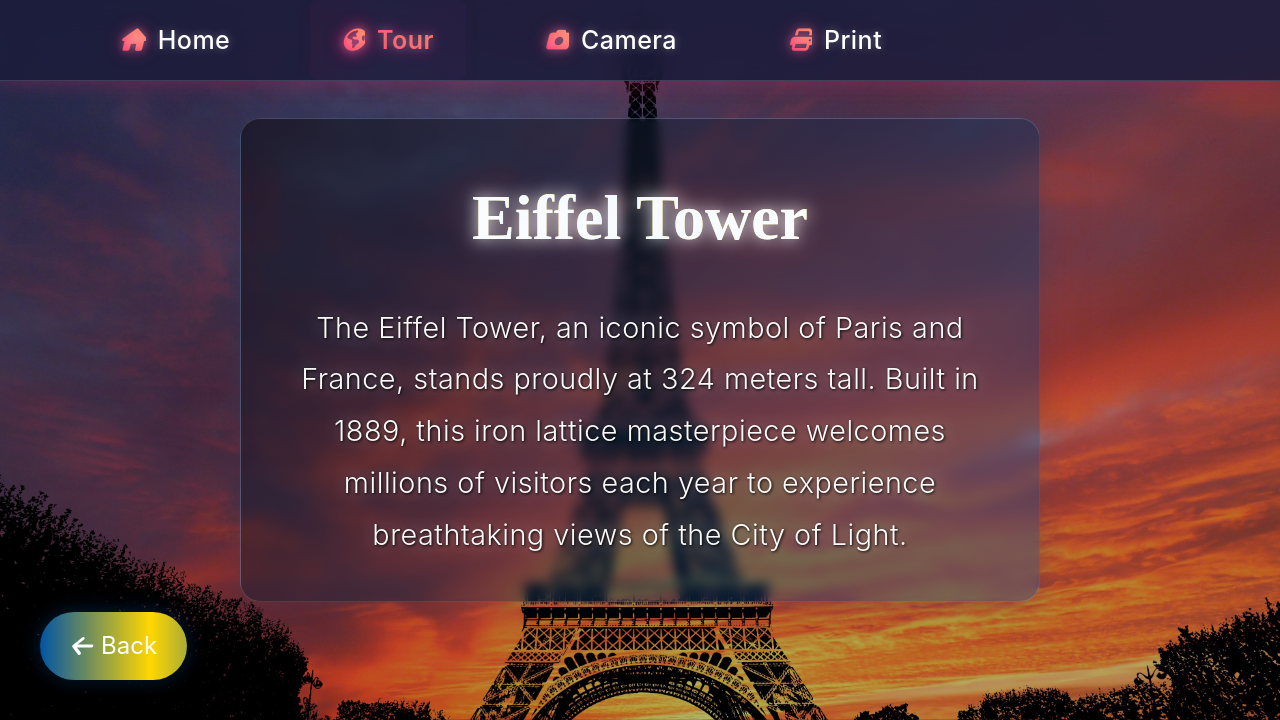
Repository: huang-heavenly-Emperor/NewYork
Page: eiffel.html
These files come from the project's save history. The page is drawn as it stood at one moment and after the next save; the edit follows.
The browser window is 1280 px wide. The pictures show the whole page.

Above is the page before, as saved 2025-02-19 15:04:39.

After the next save:
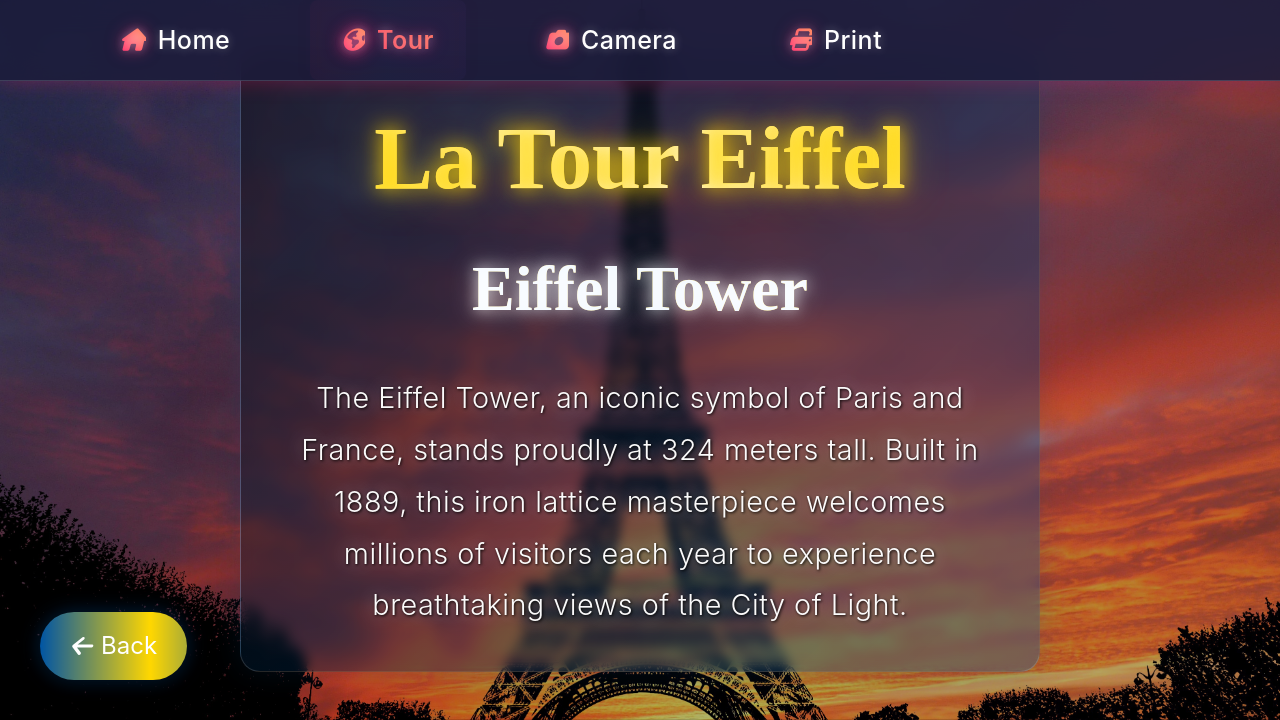
Saved 33 s later.
--- a/eiffel.html
+++ b/eiffel.html
@@ -79,7 +79,7 @@
       <img src="images/eiffel2.jpg" alt="Eiffel Tower">
       <div class="banner-text">
         <h1>
-          <span class="french"></span>
+          <span class="french">La Tour Eiffel</span>
           <span class="english">Eiffel Tower</span>
         </h1>
         <p>
